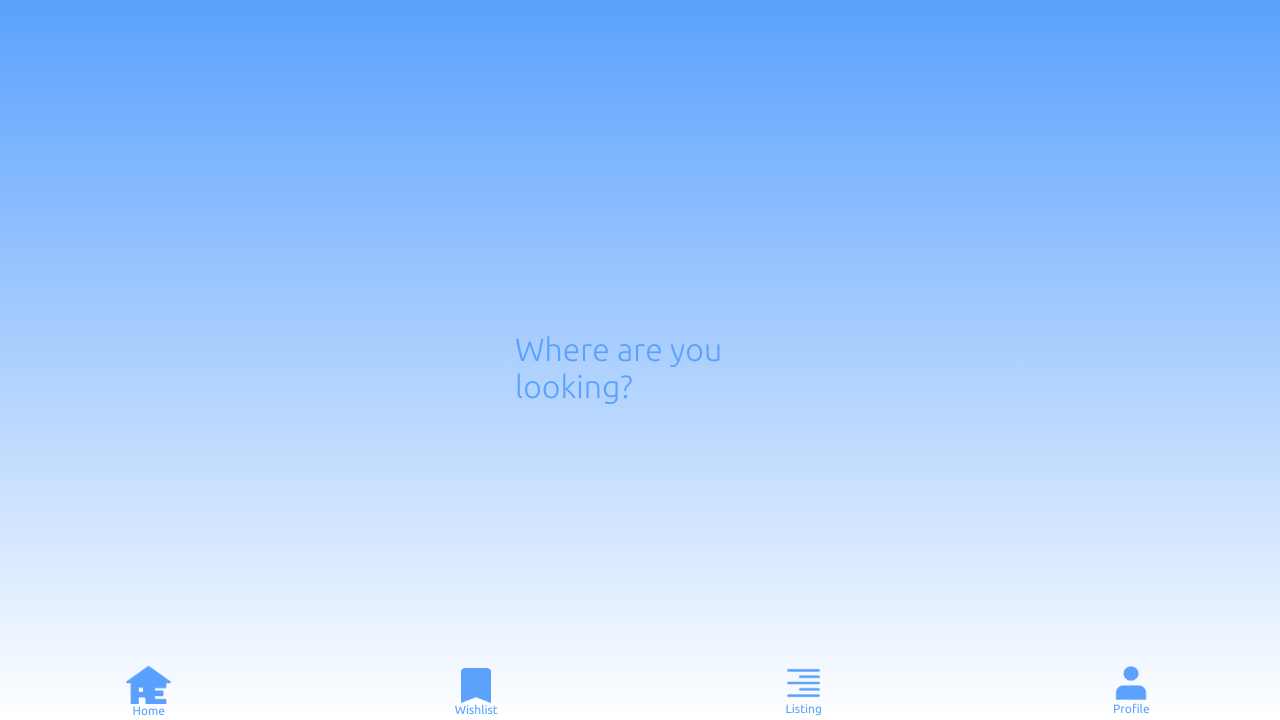
Repository: msyukurrr/realeasy
Page: /listing
These files come from the project's save history. The page is drawn as it stood at one moment and after a run of saves; the edit follows.
The browser window is 1280 px wide. The pictures show the whole page.
The project was rebuilt for these pictures with package versions that can differ from the ones it lists, and the page was loaded fresh each time. The framework's server and built-in components were replaced by stand-ins that run in the browser. Also part of the build but not shown: next.config.js.

Above is the page before, as saved 2023-01-27 20:02:15.

After the next 2 saves:
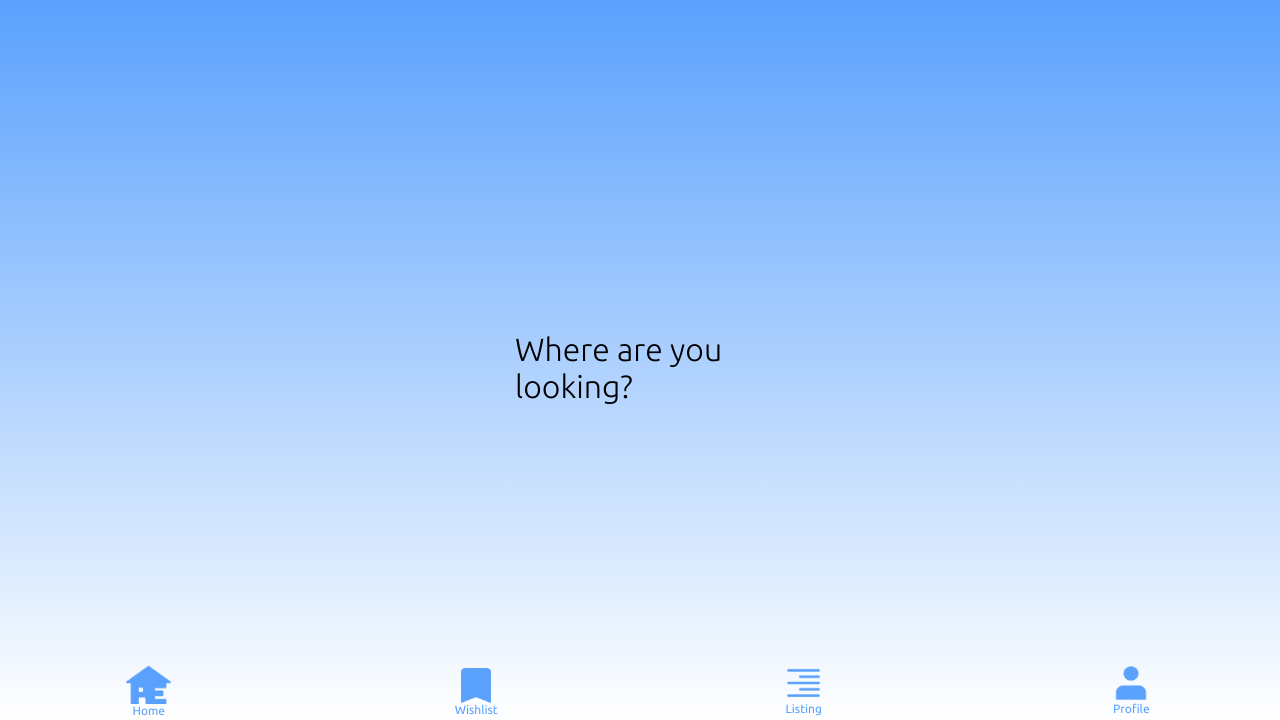
The 2 saves are shown as one change because 1 did not build or start.
The last was saved 57 s later.
--- a/components/Heading.js
+++ b/components/Heading.js
@@ -9,13 +9,15 @@ height: 100px;
 `
 
 const Word = styled.h1`
-color: #5AA1FD;
+
+color: ${props=>props.color};
 font-weight: ${props=>props.fontweight};
 `
 
 export default function Heading({
     h1="Recommended by people around you",
     fw="300",
+    color="#5AA1FD",
     headingtxt="Recommended by people around you"
 }){
     return<>
